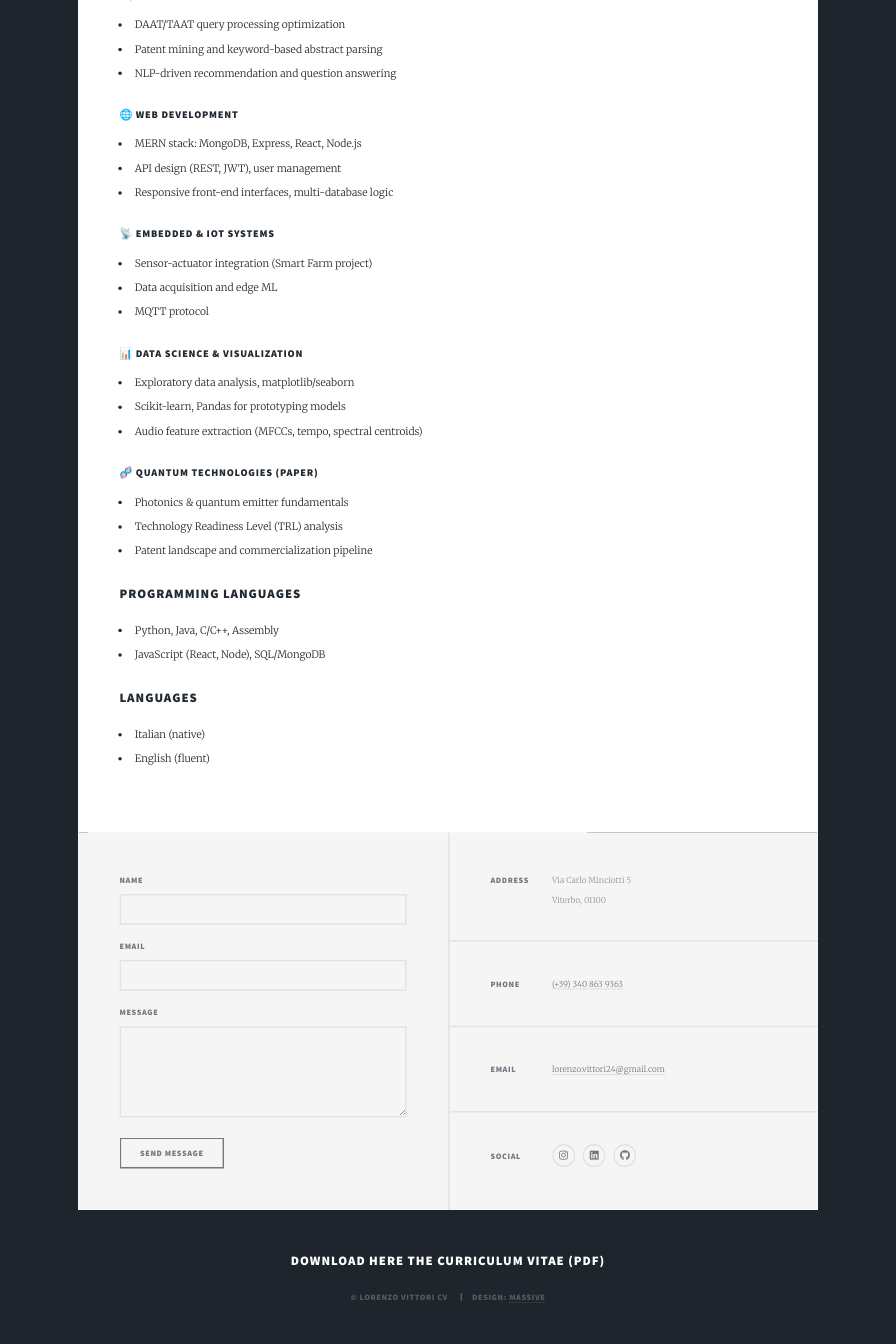
Repository: Vittori00/vittori00.github.io
Page: generic.html
These files come from the project's save history. The page is drawn as it stood at one moment and after the next save; the edit follows.
The browser window is 1280 px wide. The pictures show the part of the page from y = 1346 to 3266 px (the page is 3266 px tall before and 3231 px after), at 70% of full size.

Above is the page before, as saved 2025-07-08 10:37:37.

After the next save:
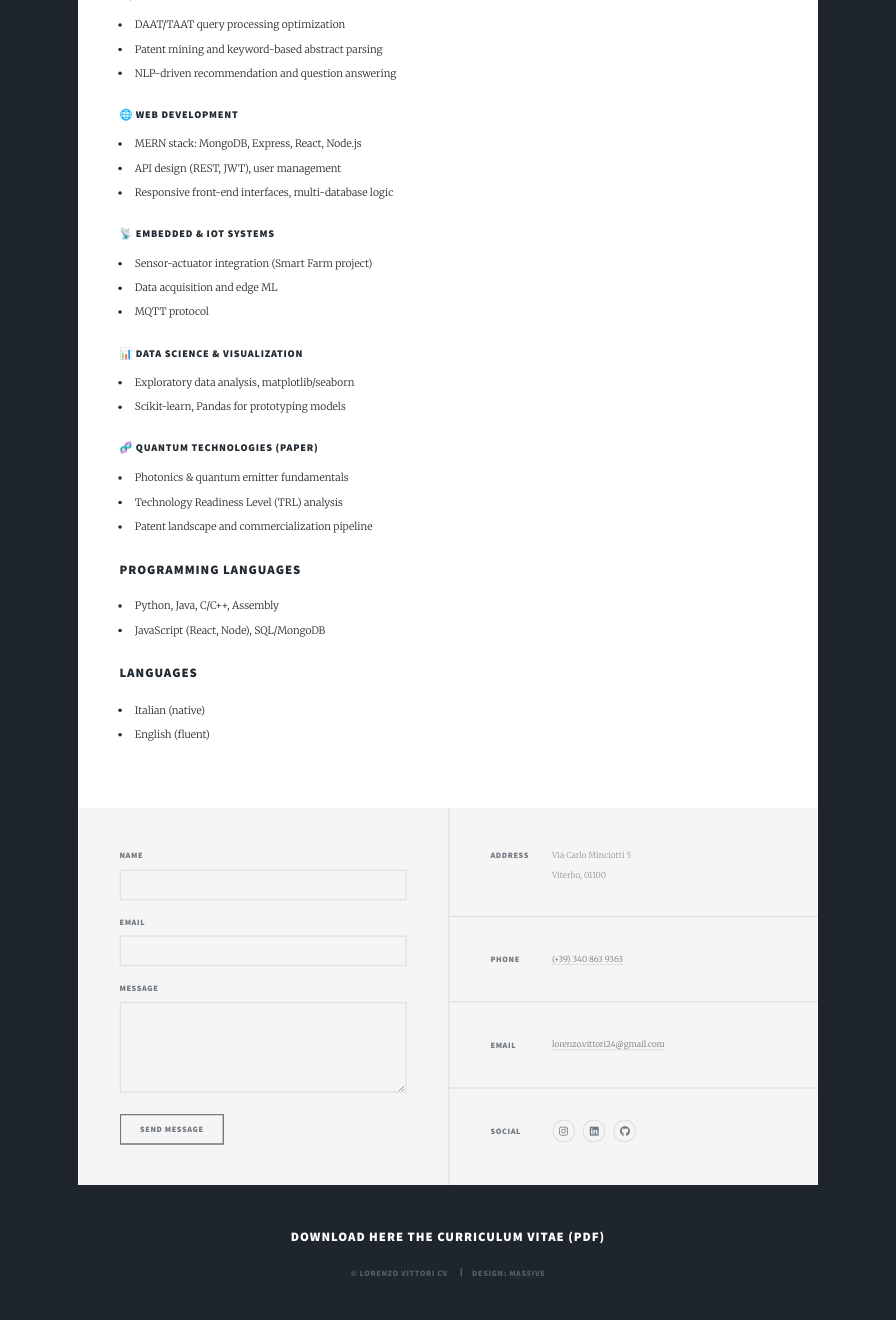
Saved 7 s later.
--- a/generic.html
+++ b/generic.html
@@ -114,7 +114,7 @@
 				<ul>
 					<li>Exploratory data analysis, matplotlib/seaborn</li>
 					<li>Scikit-learn, Pandas for prototyping models</li>
-					<li>Audio feature extraction (MFCCs, tempo, spectral centroids)</li>
+
 				</ul>
 
 				<h4>🧬 Quantum Technologies (Paper)</h4>
